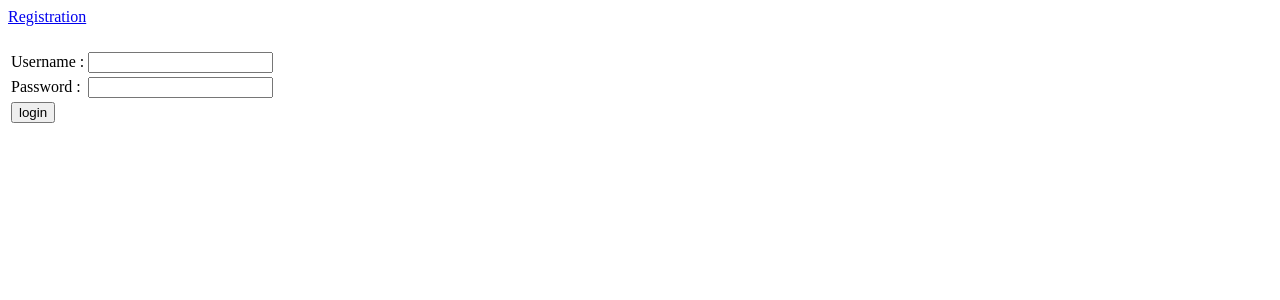
Repository: priyagund/jspServlet
Page: http://localhost/MyFirstLogin/login.jsp
An editor plug-in stored every save of this project. The page is shown before and after the next save, followed by the edit.
The browser window is 1280 px wide. The pictures show the whole page.
The page is served by Tomcat 9. Other server files are loaded and not shown.

Above is the page before, as saved 2019-10-10 05:49:34.

### MyFirstLogin/WebContent/login.jsp
<%@ page language="java" contentType="text/html; charset=UTF-8"
	pageEncoding="UTF-8"%>
<!DOCTYPE html>
<html>
<head>
<meta charset="UTF-8">
<title>Insert title here</title>
</head>
<body>
	<form action"login" method "post">
	<table>
		<tr>
			<td><h3 style="color: red" ; Login Page></h3></td>
		</tr>
		<style = "background-color: skyblue; margin-left=20px; margin-top=20px";></style>
		<tr>
			<td>Username :</td>
			<td><input type="text" name="name"></td>
		</tr>
		<tr>
			<td>Password :</td>
			<td><input type="password" name="password"></td>
		</tr>
		<tr>
			<td><input type="submit" name="submit" value="login"></td>
			<a href="register.jsp">Registration</a>
		</tr>
	</table>

	</form>
</body>
</html>

After the next save:
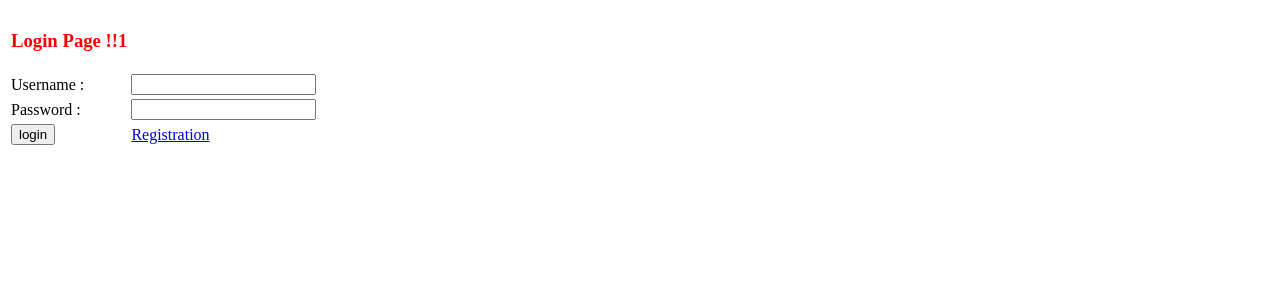
Saved 3 min 29 s later.
--- a/MyFirstLogin/WebContent/login.jsp
+++ b/MyFirstLogin/WebContent/login.jsp
@@ -7,10 +7,10 @@
 <title>Insert title here</title>
 </head>
 <body>
-	<form action"login" method "post">
+	<form action="login" method="post">
 	<table>
 		<tr>
-			<td><h3 style="color: red" ; Login Page></h3></td>
+			<td><h3 style="color: red">Login Page !!1 </h3></td>
 		</tr>
 		<style = "background-color: skyblue; margin-left=20px; margin-top=20px";></style>
 		<tr>
@@ -23,7 +23,7 @@
 		</tr>
 		<tr>
 			<td><input type="submit" name="submit" value="login"></td>
-			<a href="register.jsp">Registration</a>
+			<td><a href="register.jsp">Registration</a></td>
 		</tr>
 	</table>
 
